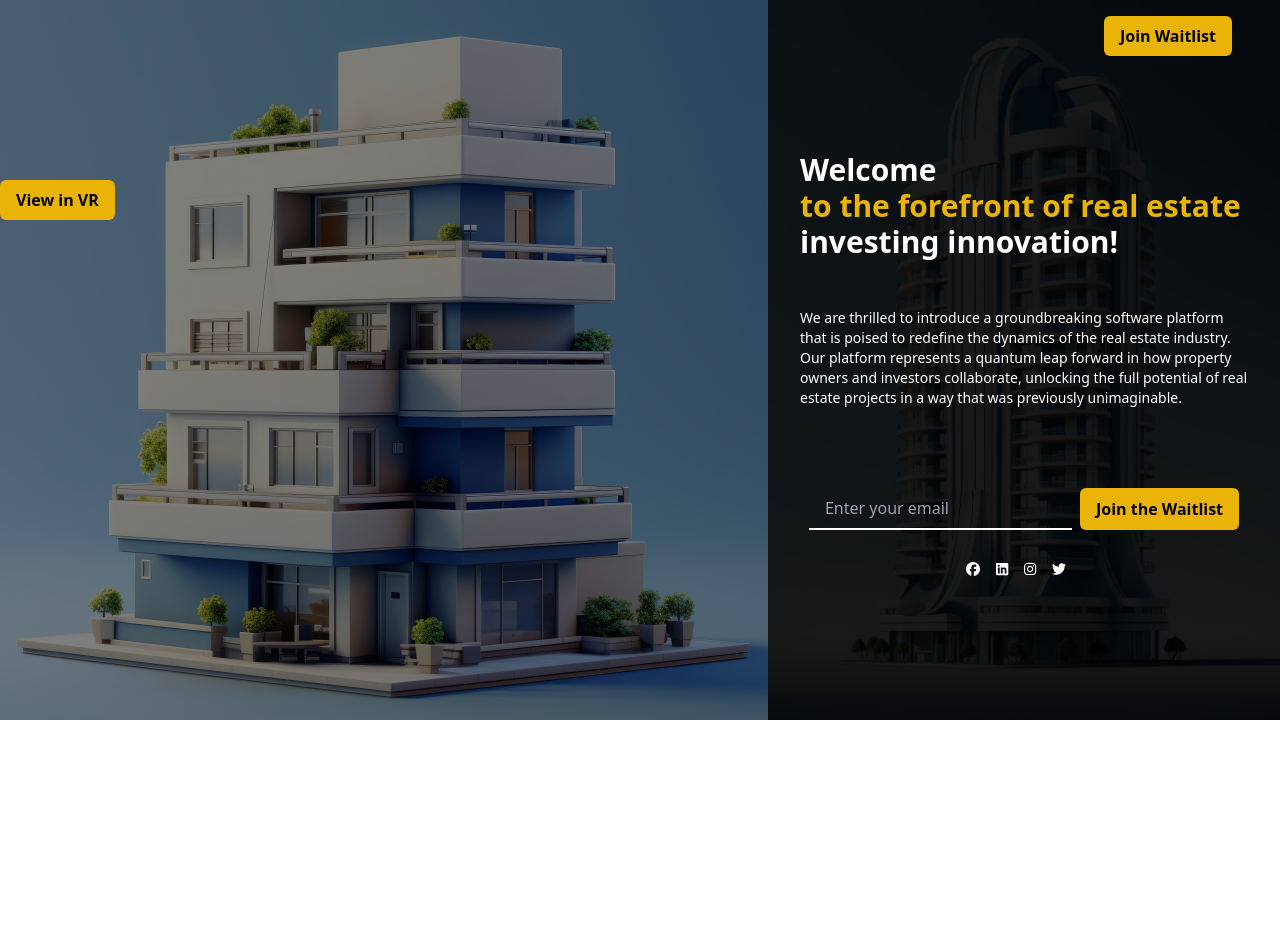
Repository: brytemenz/investnest-landing
Page: /
An editor plug-in stored every save of this project. The page is shown before and after the next save, followed by the edit.
The browser window is 1280 px wide. The pictures show the whole page.
The project was rebuilt for these pictures with package versions that can differ from the ones it lists, and the page was loaded fresh each time. Also part of the build but not shown: vite.config.js, src/components/ThreeDImage.jsx.

Above is the page before, as saved 2024-05-29 12:36:09.

### src/main.jsx
// src/main.jsx
import 'antd/dist/reset.css';
import './index.css';
import './landingPage.css';
import React from 'react';
import ReactDOM from 'react-dom/client';
import App from './App';

ReactDOM.createRoot(document.getElementById('root')).render(
  <React.StrictMode>
    <App />
  </React.StrictMode>
);

### src/landingPage.css
/* src/landingPage.css */
.bg-cover {
  background-size: cover;
}

.bg-center {
  background-position: center;
}


/* landingPage.css */
/* landingPage.css */
.left-image {
  height: 100%;
  background-image: url('./assets/leftimage.jpg'); /* Ensure the path is correct */
  background-size: cover;
  background-position: center;
  background-repeat: no-repeat;
}

### src/App.jsx
// App.jsx
import React, { useState, useEffect } from 'react';
import LandingPage from './pages/landingPage';
import LoadingSpinner from './components/loadingSpinner';

const App = () => {
  const [loading, setLoading] = useState(true);

  useEffect(() => {
    // Simulate a delay to mimic loading process
    const timeout = setTimeout(() => {
      setLoading(false);
    }, 2000);

    // Clean up the timeout
    return () => clearTimeout(timeout);
  }, []);

  return (
    <>
      {loading ? <LoadingSpinner /> : <LandingPage />}
    </>
  );
};

export default App;

### src/pages/landingPage.jsx
import React, { useState, useEffect } from 'react';
import rightImage from '../assets/rightimage.jpg';
//import leftImage from '../assets/leftimage.jpg';
import { FontAwesomeIcon } from '@fortawesome/react-fontawesome';
import { faFacebook, faLinkedin, faInstagram, faTwitter } from '@fortawesome/free-brands-svg-icons';
import LoadingSpinner from '../components/loadingSpinner';
import ThreeDImage from '../components/ThreeDImage';
import '../landingPage.css';

const LandingPage = () => {
  const [isLoading, setIsLoading] = useState(true);
  const [show3DModel, setShow3DModel] = useState(false);
  const [viewMode, setViewMode] = useState(null);

  useEffect(() => {
    const timer = setTimeout(() => {
      setIsLoading(false);
    }, 2000); // Simulating a 2-second loading time

    return () => clearTimeout(timer);
  }, []);

  const handleView3DModel = (mode) => {
    setShow3DModel(true);
    setViewMode(mode);
  };

  return (
    <>
      {isLoading ? (
        <LoadingSpinner />
      ) : (
        <div className="flex min-h-screen">
          <div className="w-3/5 relative">
            {show3DModel ? (
              <ThreeDImage modelUrl="/room.glb" mode={viewMode} />
            ) : (
              <div className="h-full relative">
                <div className="left-image">
                  <div className="absolute inset-0 bg-black bg-opacity-50 flex flex-col items-center justify-center space-y-4">
                    {/* <button
                      onClick={() => handleView3DModel('ar')}
                      className="bg-yellow-500 text-black px-4 py-2 rounded-md font-bold"
                    >
                      View in AR
                    </button> */}
                    <button
                      onClick={() => handleView3DModel('vr')}
                      className="bg-yellow-500 text-black px-4 py-2 rounded-md font-bold mb-80  mr-4 self-start"
                    >
                      View in VR
                    </button>
                  </div>
                </div>
              </div>
            )}
          </div>
          <div className="w-2/5 relative flex flex-col justify-end">
            <div className="bg-cover bg-center h-full" style={{ backgroundImage: `url(${rightImage})` }}>
              <div className="absolute inset-0 bg-black bg-opacity-90 flex flex-col justify-start items-start text-white px-8">
                <button className="bg-yellow-500 text-black px-4 py-2 rounded-md font-bold mt-4 mr-4 self-end">Join Waitlist</button>
                <div className="mt-24 text-left">
                  <h2 className="text-3xl font-bold mb-4">Welcome <br/><span className='text-yellow-500'>to the forefront of real estate </span><br/>investing innovation!</h2>
                  <p className="text-sm mt-12">We are thrilled to introduce a groundbreaking software platform that is poised to redefine the dynamics of the real estate industry. Our platform represents a quantum leap forward in how property owners and investors collaborate, unlocking the full potential of real estate projects in a way that was previously unimaginable.</p>
                  <div className="mt-20 flex justify-center">
                    <input type="email" placeholder="Enter your email" className="border-b-2 border-white bg-transparent text-white placeholder-white::placeholder px-4 py-2 focus:outline-none focus:border-yellow-500"/>
                    <button className="bg-yellow-500 text-black px-4 py-2 rounded-md font-bold ml-2">Join the Waitlist</button>
                  </div>
                </div>
                <div className="text-sm mt-8 flex items-center justify-center mx-auto">
                  <FontAwesomeIcon icon={faFacebook} className="text-yellow mr-4 cursor-pointer" />
                  <FontAwesomeIcon icon={faLinkedin} className="text-yellow mr-4 cursor-pointer" />
                  <FontAwesomeIcon icon={faInstagram} className="text-yellow mr-4 cursor-pointer" />
                  <FontAwesomeIcon icon={faTwitter} className="text-yellow mr-4 cursor-pointer" />
                </div>
                <div className="text-sm mt-80">
                  <p>www.investnest.net | Email: info@investnest.net | Contacts: 0209156282 / 0506154295</p>
                </div>
              </div>
            </div>
          </div>
        </div>
      )}
    </>
  );
};

export default LandingPage;

### src/components/loadingSpinner.jsx
// src/pages/LoadingSpinner.jsx
import React from 'react';
import { CircleLoader } from 'react-spinners';

const LoadingSpinner = () => {
  return (
    <div className="flex justify-center items-center min-h-screen">
      <CircleLoader color="#FFC107" />
    </div>
  );
};

export default LoadingSpinner;

Loaded but not shown: src/index.css (common file); tailwind.config.js (common file)

After the next save:
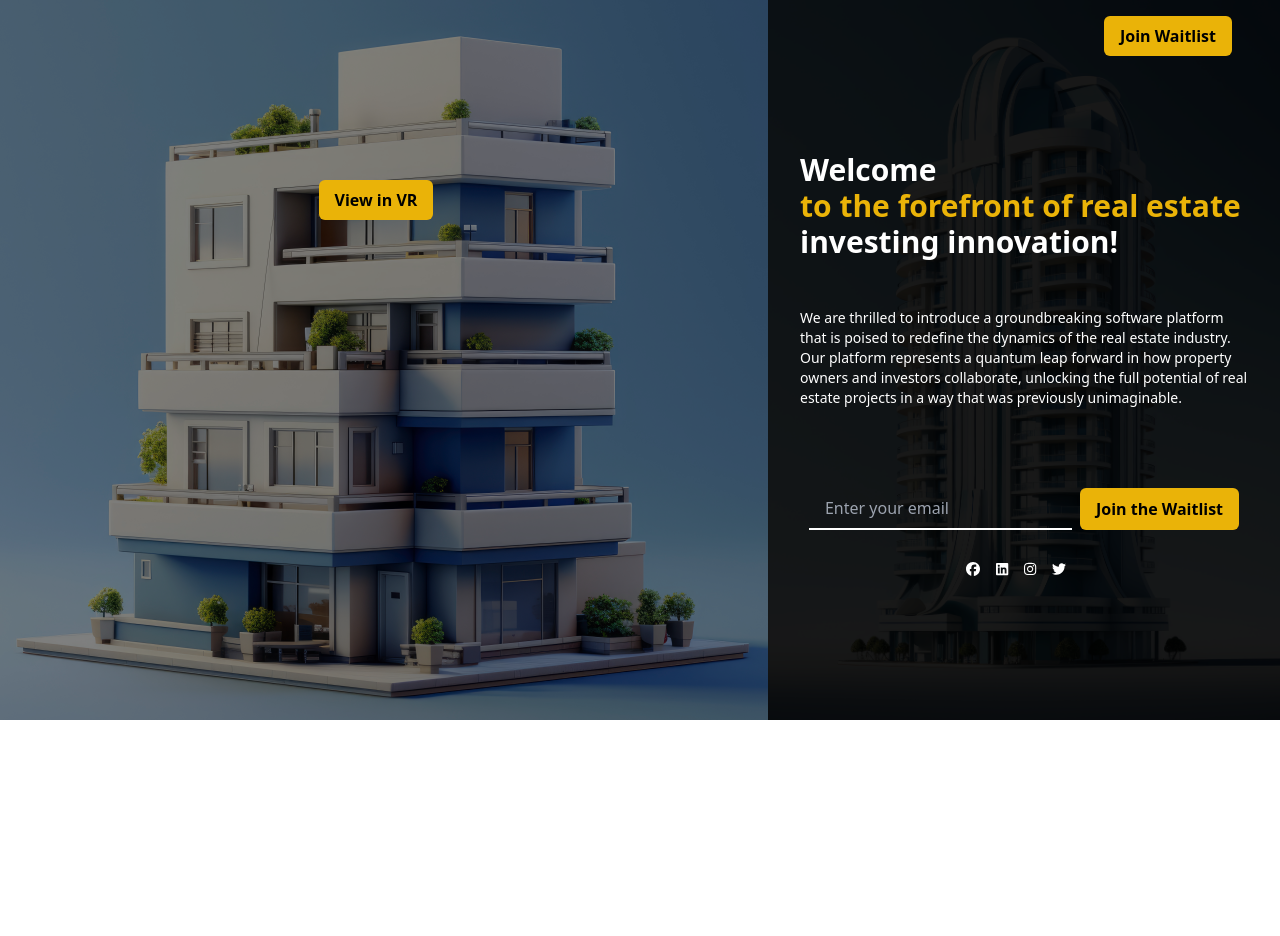
Saved 12 s later.
--- a/src/pages/landingPage.jsx
+++ b/src/pages/landingPage.jsx
@@ -46,7 +46,7 @@ const LandingPage = () => {
                     </button> */}
                     <button
                       onClick={() => handleView3DModel('vr')}
-                      className="bg-yellow-500 text-black px-4 py-2 rounded-md font-bold mb-80  mr-4 self-start"
+                      className="bg-yellow-500 text-black px-4 py-2 rounded-md font-bold mb-80  mr-4 self-center"
                     >
                       View in VR
                     </button>
